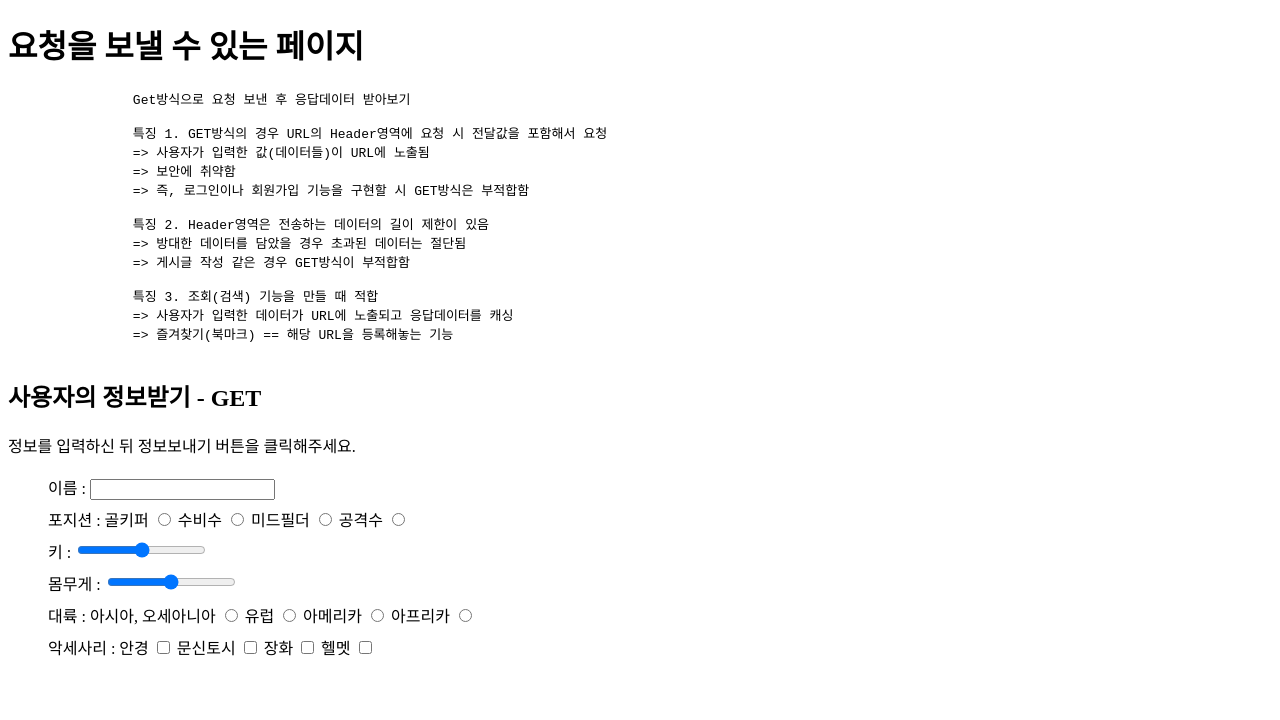
Repository: rlaehqkf/java_practice
Page: MyFirstWebProject/src/main/webapp/views/request_get.html
These files come from the project's save history. The page is drawn as it stood at one moment and after the next save; the edit follows.
The browser window is 1280 px wide. The pictures show the whole page.

Above is the page before, as saved 2026-05-04 08:49:32.

### MyFirstWebProject/src/main/webapp/views/request_get.html
<!DOCTYPE html>
<html>
<head>
<meta charset="UTF-8">
<title>요청을 보내야겠다~~</title>
<style>
	ul{
		list-style : none;
		line-height : 200%;
	}

</style>



</head>
<body>

	<h1>요청을 보낼 수 있는 페이지</h1>

	<pre>
		Get방식으로 요청 보낸 후 응답데이터 받아보기

		특징 1. GET방식의 경우 URL의 Header영역에 요청 시 전달값을 포함해서 요청
		=> 사용자가 입력한 값(데이터들)이 URL에 노출됨
		=> 보안에 취약함
		=> 즉, 로그인이나 회원가입 기능을 구현할 시 GET방식은 부적합함

		특징 2. Header영역은 전송하는 데이터의 길이 제한이 있음
		=> 방대한 데이터를 담았을 경우 초과된 데이터는 절단됨
		=> 게시글 작성 같은 경우 GET방식이 부적합함

		특징 3. 조회(검색) 기능을 만들 때 적합
		=> 사용자가 입력한 데이터가 URL에 노출되고 응답데이터를 캐싱
		=> 즐겨찾기(북마크) == 해당 URL을 등록해놓는 기능
	</pre>

	<h2> 사용자의 정보받기 - GET </h2>
	<p>정보를 입력하신 뒤 정보보내기 버튼을 클릭해주세요.</p>


	<!--
		form태그 안에 존재하는 submit타입의 버튼 클릭 시
		form태그의 속성 중 action속성에 작성된 URL로 요청을 보냄!!
		Controller로 요청을 보내야함 -> Servlet

		http://localhost:8088/first
	 -->
	<!--

	<form method="get" action="http://localhost:8088/first/first.do" >
		<ul>
			<li>
				이름 : <input type="text" name="name"/>
			</li>
			<li>
				성별 :
				남자 <input type="radio" name="gender" value="남자" />
				여자 <input type="radio" name="gender" value="여자" />
				선택안함 <input type="radio" name="gender" value="선택 안 함" />
			</li>
			<li>
				나이 : <input type="number" name="age" />
			</li>
			<li>
				사는 지역 :
				<select name="city">
					<option>서울</option>
					<option value="제주도">제주도</option>
				</select>
			</li>
			<li>
				키 : <input type="range" min="130" max="220" name="height" />
			</li>
			<li>
				좋아하는 음식(모두 고르시오)
				햄버거 <input type="checkbox" name="food" value="햄버거" />
				제육볶음 <input type="checkbox" name="food" value="제육볶음" />
				돈까스 <input type="checkbox" name="food" value="돈까스" />
				피자 <input type="checkbox" name="food" value="피자" />
				치킨 <input type="checkbox" name="food" value="치킨" />
			</li>
			<li>
				<button type="submit">가즈아~</button>
			</li>
			<li>

			</li>
		</ul>
	</form>

	-->


	<form method="get" action="http://localhost:8088/first/second.do" >
		<ul>
			<li>
				이름 : <input type="text" name="name" />
			</li>
			<li>
				포지션 :
				골키퍼 <input type="radio" name="position" />
				수비수 <input type="radio" name="position" />
				미드필더 <input type="radio" name="position" />
				공격수 <input type="radio" name="position" />
			</li>
			<li>
				키 : <input type="range" min="100" max="300" name="height"/>
			</li>
			<li>
				몸무게 : <input type="range" min="30" max="200" name="weight" />
			</li>
			<li>
				대륙 :
				아시아, 오세아니아 <input type="radio" name="continent" />
				유럽 <input type="radio" name="continent" />
				아메리카 <input type="radio" name="continent" />
				아프리카 <input type="radio" name="continent" />
			</li>
			<li>
				악세사리 :
				안경 <input type="checkbox" name="accessory">
				문신토시 <input type="checkbox" name="accessory">
				장화 <input type="checkbox" name="accessory">
				헬멧 <input type="checkbox" name="accessory">
			</li>
			<li>

			</li>
			<li>

			</li>
			<li>

			</li>
			<li>

			</li>
			<li>

			</li>




		</ul>
	</form>















</body>
</html>

After the next save:
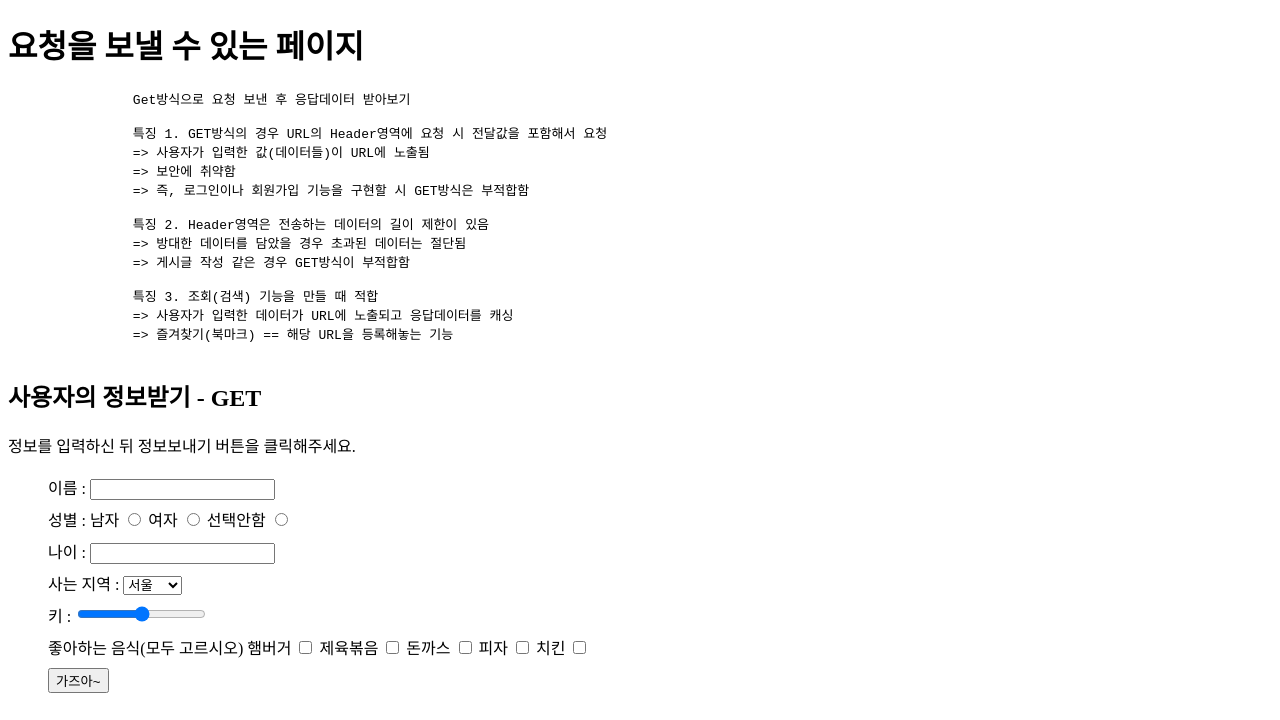
Saved 39 h 25 min later.
--- a/MyFirstWebProject/src/main/webapp/views/request_get.html
+++ b/MyFirstWebProject/src/main/webapp/views/request_get.html
@@ -46,7 +46,7 @@
 
 		http://localhost:8088/first
 	 -->
-	<!--
+
 
 	<form method="get" action="http://localhost:8088/first/first.do" >
 		<ul>
@@ -89,8 +89,9 @@
 		</ul>
 	</form>
 
-	-->
 
+
+	<!--
 
 	<form method="get" action="http://localhost:8088/first/second.do" >
 		<ul>
@@ -146,7 +147,7 @@
 		</ul>
 	</form>
 
-
+	-->
 
 
 
